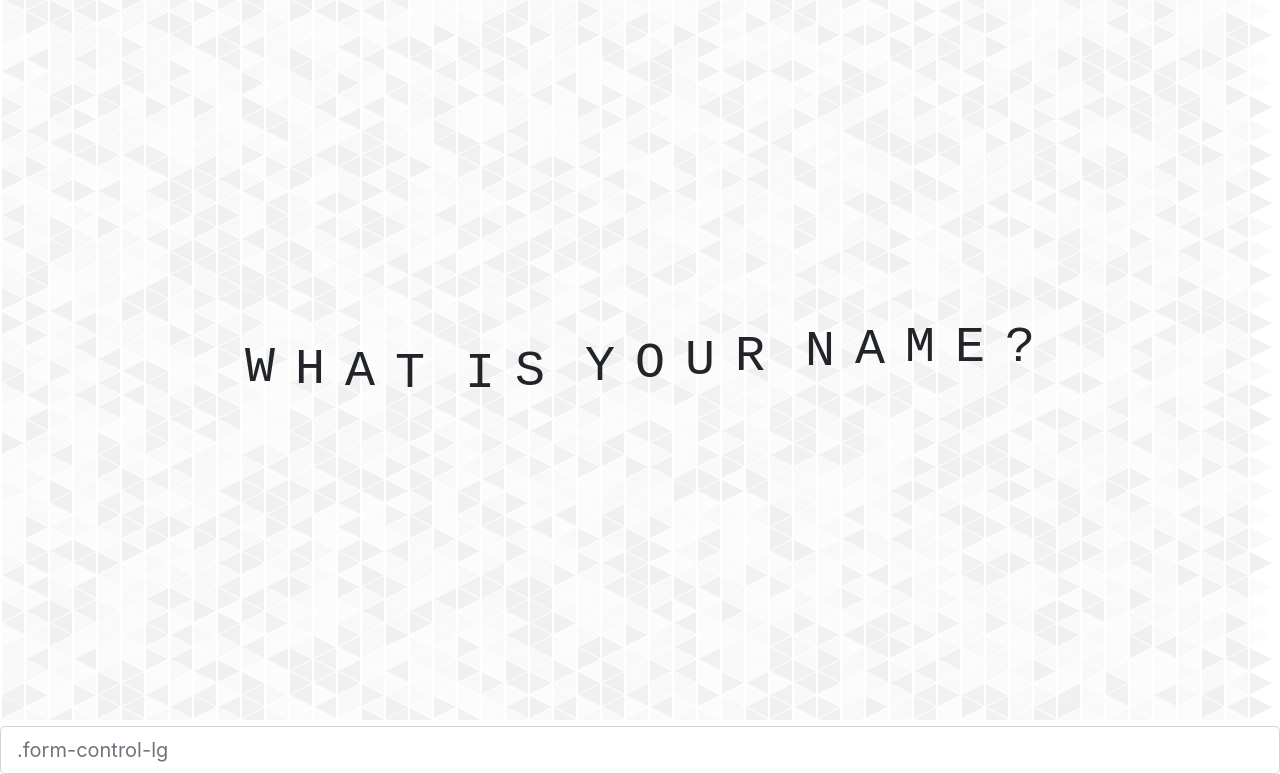
Repository: Aaquib111/Aaquib111.github.io
Page: index.html
An editor plug-in stored every save of this project. The page is shown before and after the next save, followed by the edit.
The browser window is 1280 px wide. The pictures show the whole page.

Above is the page before, as saved 2021-05-12 21:14:23.

After the next save:
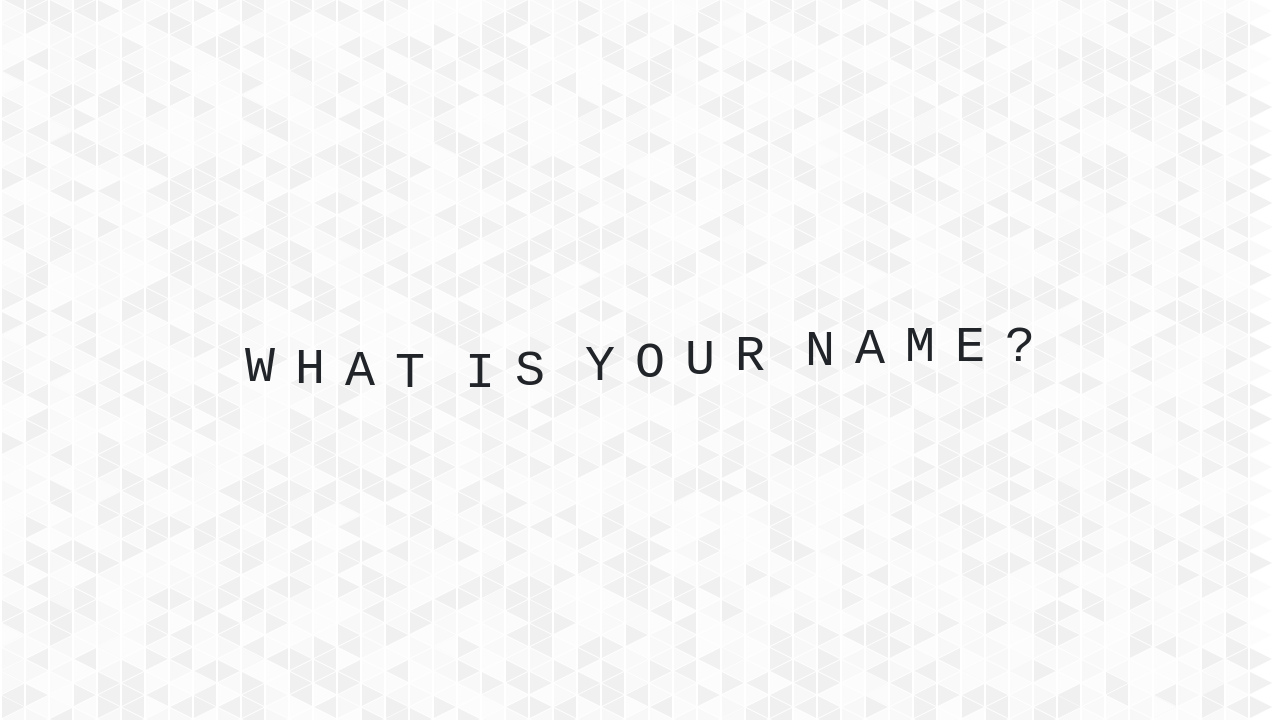
Saved 19 s later.
--- a/index.html
+++ b/index.html
@@ -17,10 +17,12 @@
         Waves <input type="number" id="waves" step='0.1' value='4' min='0' max='8'><br>
         </div>
 
-        <div id="wrap"></div>
-        <div>
-            <input class="form-control form-control-lg" type="text" placeholder=".form-control-lg">
+        <div id="wrap">
+            <div>
+                <input class="form-control form-control-lg" type="text" placeholder=".form-control-lg">
+            </div>
         </div>
+
 
        <script src="js\background.js"></script>
     </body>

After the save that followed:
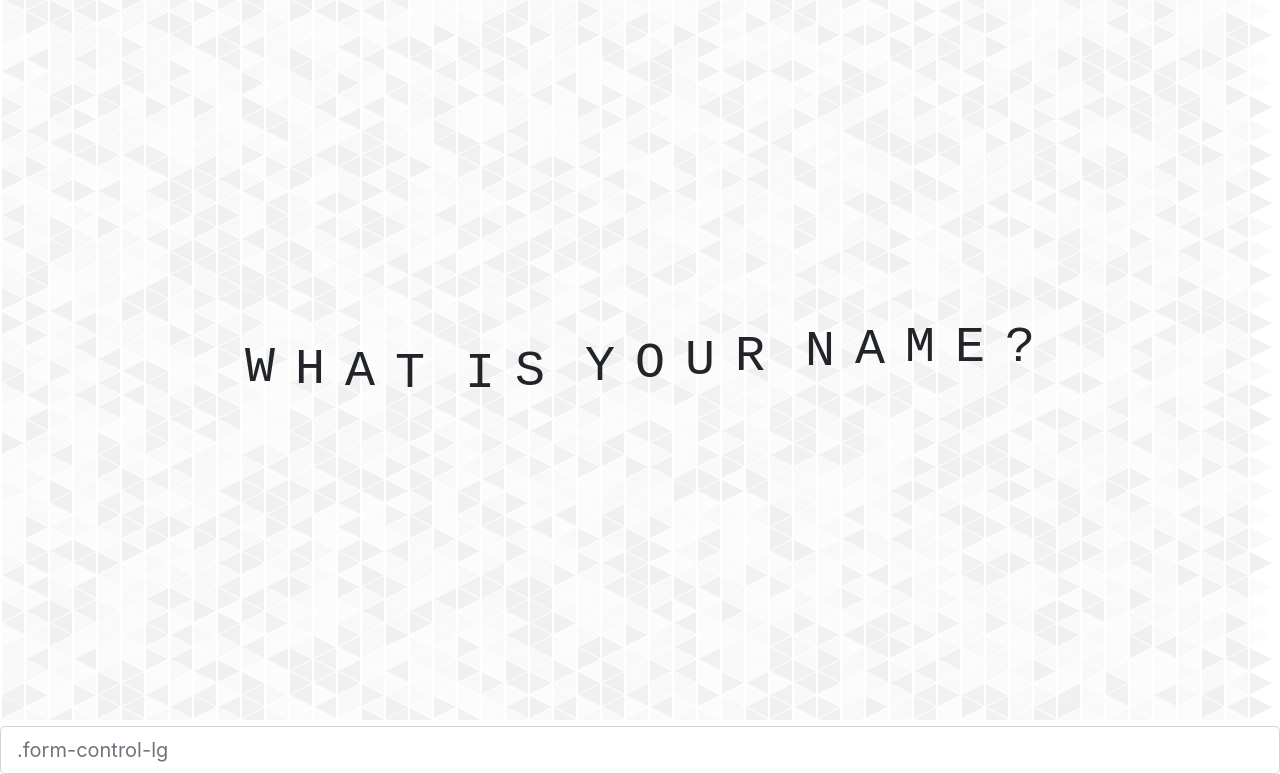
Saved 34 s later.
--- a/index.html
+++ b/index.html
@@ -17,12 +17,10 @@
         Waves <input type="number" id="waves" step='0.1' value='4' min='0' max='8'><br>
         </div>
 
-        <div id="wrap">
-            <div>
-                <input class="form-control form-control-lg" type="text" placeholder=".form-control-lg">
-            </div>
+        <div id="wrap"></div>
+        <div>
+            <input class="form-control form-control-lg" type="text" placeholder=".form-control-lg">
         </div>
-
 
        <script src="js\background.js"></script>
     </body>
